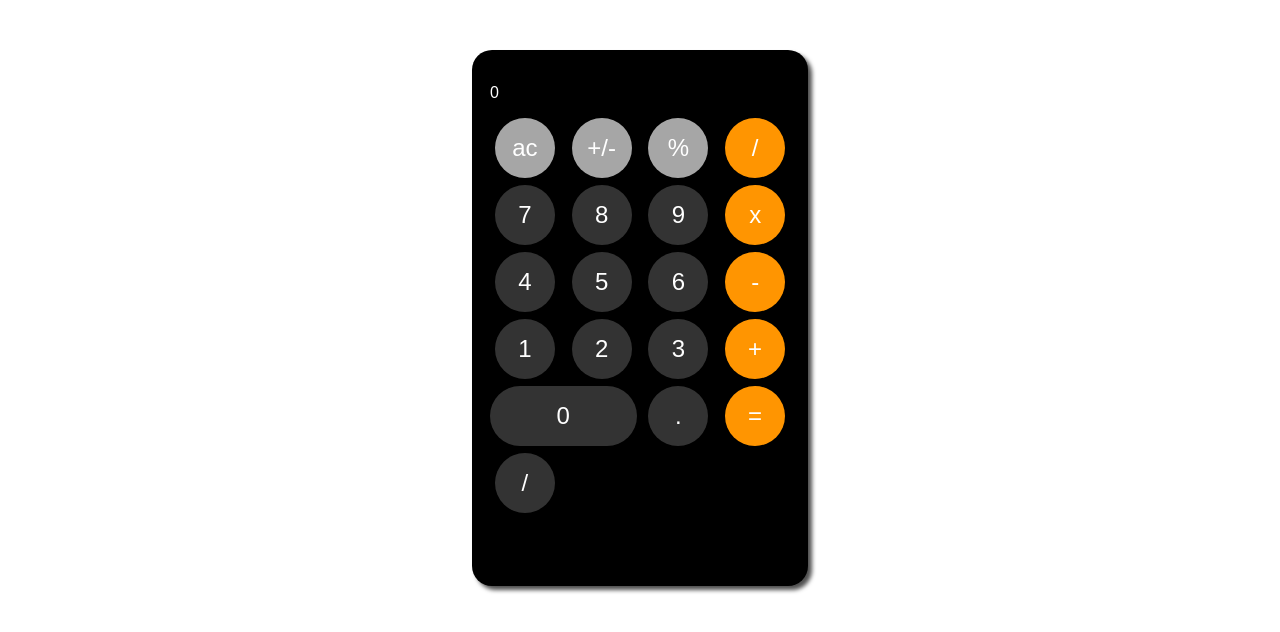
Repository: batonAnton/iphoneCalculator
Page: index.html
An editor plug-in stored every save of this project. The page is shown before and after the next save, followed by the edit.
The browser window is 1280 px wide. The pictures show the whole page.

Above is the page before, as saved 2022-03-09 19:53:28.

### index.html
<!DOCTYPE html>
<html lang="en">
<head>
    <meta charset="UTF-8">
    <meta http-equiv="X-UA-Compatible" content="IE=edge">
    <meta name="viewport" content="width=device-width, initial-scale=1.0">
    <title>Calculator</title>
    <link rel="stylesheet" href="style.css">
</head>
<body>
    <div class="calc">
        <div class="calc-screen">
            <p>0</p>
        </div>
        <div class="buttons">
             <div class="btn ac bg-grey">ac</div>
             <div class="btn plus-minus bg-grey">+/-</div>
             <div class="btn percent bg-grey">%</div>
             <div class="btn division bg-orange">/</div>

             <div class="btn seven">7</div>
             <div class="btn eight">8</div>
             <div class="btn nine">9</div>
             <div class="btn multiply bg-orange">x</div>

             <div class="btn four">4</div>
             <div class="btn five">5</div>
             <div class="btn six">6</div>
             <div class="btn minus bg-orange">-</div>

             <div class="btn one">1</div>
             <div class="btn two">2</div>
             <div class="btn three">3</div>
             <div class="btn plus bg-orange ">+</div>

             <div class="btn zero">0</div>
             <div class="btn dot">.</div>
             <div class="btn equal bg-orange">=</div>
             <div class="btn">/</div>
        </div>
    </div>
</body>
</html>

### style.css
/*
colors
bg #000
orange #ff9501
grey #a6a6a6
white #fdfdfd
*/

.calc {
  margin: 50px auto;
  width: 300px;
  height: 500px;
  /* border: 1px solid#000;  */
  border-radius: 20px;
  background: #000;
  color: #fff;
  font-family: Arial, Helvetica, sans-serif;
  padding: 18px;
  box-shadow: 4px 4px 4px #4f4f4f;
}

calc-screen{
    height: 125px;
    padding: 10px;
    display: grid;
    justify-items: end;
    align-items: end;
}
.calc-screen p{

}
.buttons {
  display: grid;
  grid-template-areas:
    "ac plus-minus percent division"
    "seven eight nine multiply"
    "four five six minus"
    "one two three plus"
    "zero zero  dot equal";
  grid-gap: 7px;
  justify-items: center;
}
.btn {
  width: 60px;
  height: 60px;
  background-color: #333;
  border-radius: 50%;
  text-align: center;
  line-height: 60px;
  font-size: 1.5rem;
  cursor: pointer;
}

.btn.zero {
  grid-area: zero;
  width: 100%;
  border-radius: 34px;
}

.btn:hover {
  filter: brightness(120%);
}

.btn:active {
  filter: brightness(90%);
}

.bg-grey {
  background-color: #a6a6a6;
}

.bg-orange {
  background-color: #ff9501;
}

After the next save:
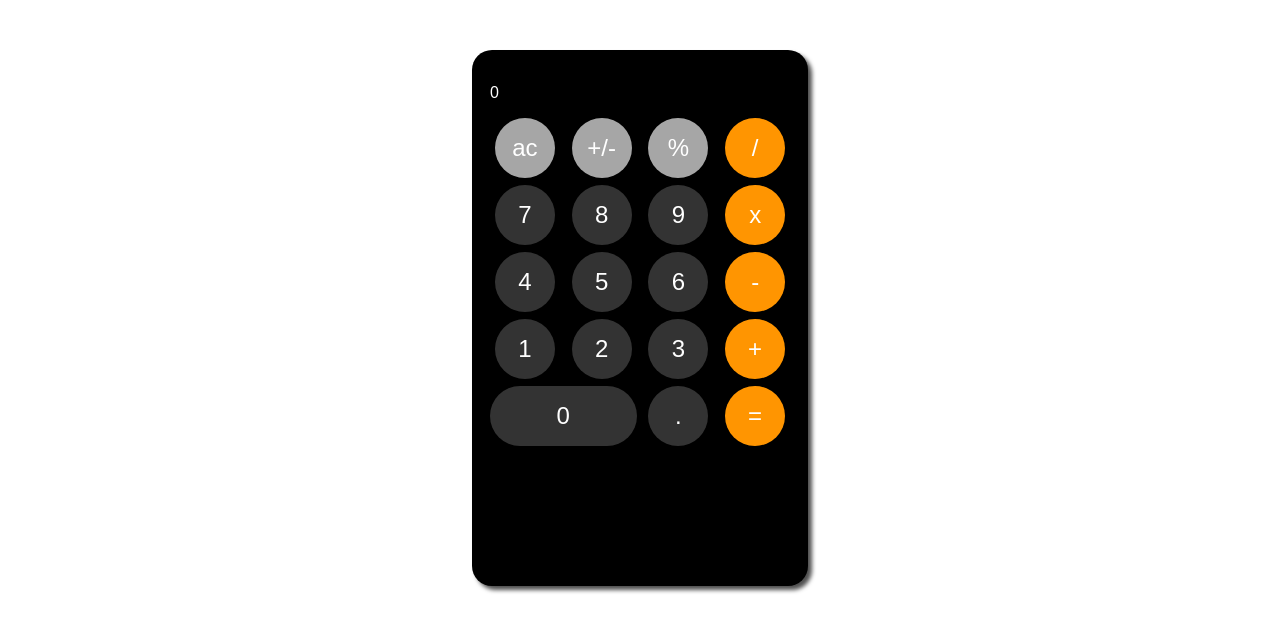
Saved 63 s later.
--- a/index.html
+++ b/index.html
@@ -36,7 +36,7 @@
              <div class="btn zero">0</div>
              <div class="btn dot">.</div>
              <div class="btn equal bg-orange">=</div>
-             <div class="btn">/</div>
+
         </div>
     </div>
 </body>
